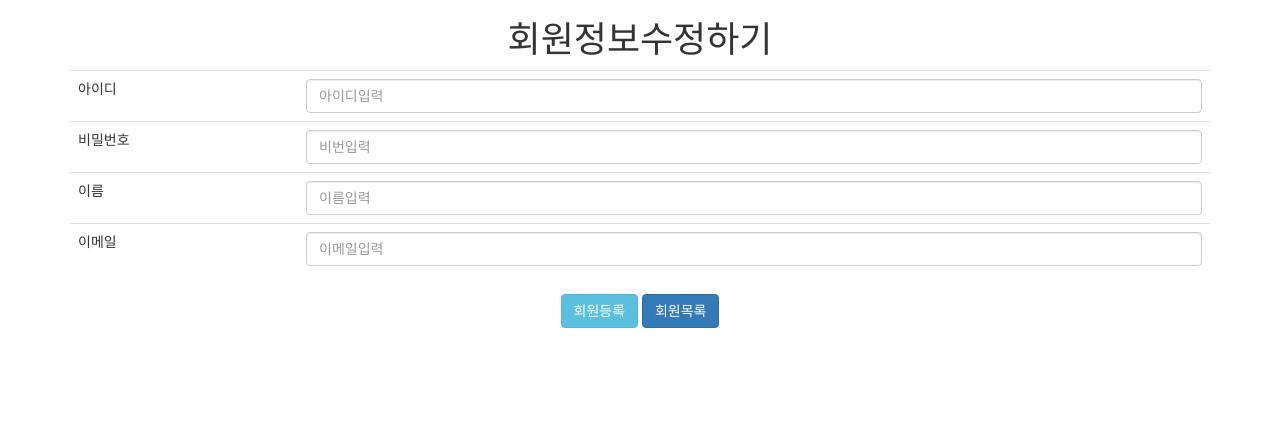
Repository: juhee1020/studying
Page: http://localhost/jsp02_database/jsp01_connect/jsp02_updateForm.jsp
An editor plug-in stored every save of this project. The page is shown before and after the next save, followed by the edit.
The browser window is 1280 px wide. The pictures show the whole page.
The page is served by Tomcat 9. Queries for data that is not in the repository find no rows.

Above is the page before, as saved 2022-12-15 05:39:32.

After the next save:
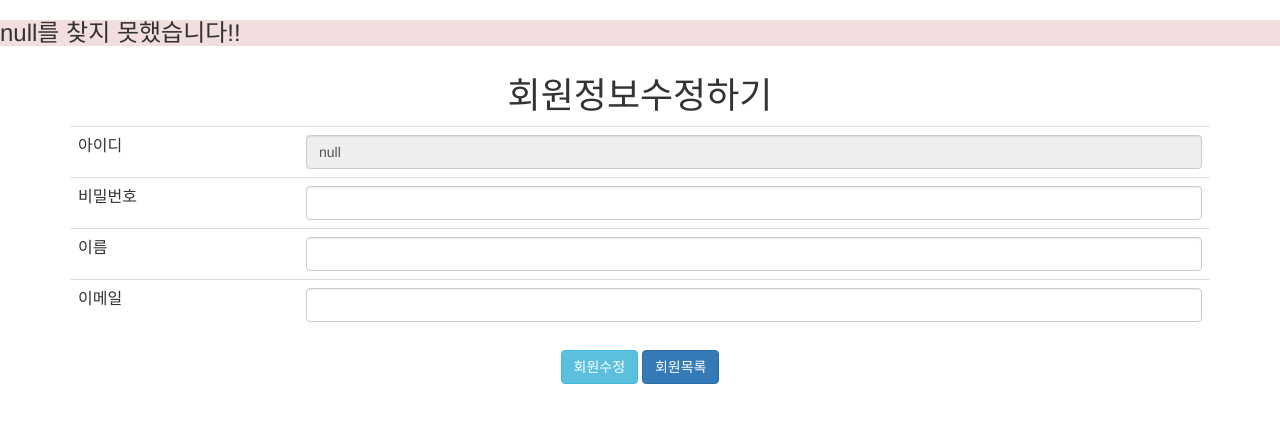
Saved 20 s later.
--- a/JSP/jsp02_database/WebContent/jsp01_connect/jsp02_updateForm.jsp
+++ b/JSP/jsp02_database/WebContent/jsp01_connect/jsp02_updateForm.jsp
@@ -1,26 +1,57 @@
-<%@page import="java.sql.*"%>
+<%@page import="java.sql.ResultSet"%>
+<%@page import="java.sql.Statement"%>
+<%@page import="java.sql.DriverManager"%>
+<%@page import="java.sql.Connection"%>
 <%@page language="java" contentType="text/html; charset=UTF-8" pageEncoding="UTF-8"%>
 <%@taglib prefix="c" uri="http://java.sun.com/jsp/jstl/core"%>
 <%
-	String id ="";
-	String pw="";
-	String name="";
-	String email="";
-
-String URL="jdbc:mariadb://localhost:3306/jspstudy";
-String USR="root";
-String PWD="12345";
-
-String sql = "select * from member where id='"+id+"'";
+	// 실습1. 회원정보를 조회하기
+	String id = request.getParameter("id");
+	String pw = "";
+	String name = "";
+	String email = "";
 
 
-// 1. 드라이버 로드
-Class.forName("org.mariadb.jdbc.Driver");
+    // 1. 드라이버 로드
+	Class.forName("org.mariadb.jdbc.Driver");
 
+	// 2. Connection DB 연결
+    Connection conn = null;
+    Statement stmt = null;
+    ResultSet rs = null;
 
-Connection conn=null;
-Statement stmt=null;
-ResultSet  rs=null;
+	String url = "jdbc:mariadb://localhost:3306/jspstudy";
+	String usr = "root";
+	String pwd = "12345";
+	String sql = "select * from member where id = '" + id + "'";
+
+	try {
+		conn = DriverManager.getConnection(url, usr, pwd);
+
+		// 3. Statement SQL 쿼리 실행
+		stmt = conn.createStatement();
+		rs = stmt.executeQuery(sql);
+
+        // 4. excute() 결괏값 처리
+		if(rs.next()) {
+			pw = rs.getString("password");
+			name = rs.getString("name");
+			email = rs.getString("email");
+		} else {
+			out.write("<h3 class='bg-danger text-white'>" + id + "를 찾지 못했습니다!!</h3>");
+		}
+	} catch(Exception e) {
+		out.write("<h3 class='bg-danger text-white'>DB접속실패!!!</h3><br>");
+	} finally {
+		// 5. close() DB 연결 해제
+		try {
+			if(rs != null) rs.close();
+			if(stmt != null) stmt.close();
+			if(conn != null) conn.close();
+		} catch(Exception e) {
+			// dummy
+		}
+	}
 %>
 <!DOCTYPE html>
 <html>
@@ -43,24 +74,25 @@ ResultSet  rs=null;
 
 				<tr>
 					<td width="20%">아이디</td>
-					<td><input type="text" name="id" class="form-control" size="30" placeholder="아이디입력"></td>
+					<td><input type="text" name="id" class="form-control" size="30" value="<%= id %>" disabled></td>
 				</tr>
 				<tr>
 					<td width="20%">비밀번호</td>
-					<td><input type="password" name="pw" class="form-control" size="30" placeholder="비번입력"></td>
+					<td><input type="password" name="pw" class="form-control" size="30" value="<%= pw %>"></td>
 				</tr>
 				<tr>
 					<td width="20%">이름</td>
-					<td><input type="text" name="name" class="form-control" size="30" placeholder="이름입력"></td>
+					<td><input type="text" name="name" class="form-control" size="30" value="<%= name %>"></td>
 				</tr>
 				<tr>
 					<td width="20%">이메일</td>
-					<td><input type="text" name="email" class="form-control" size="30" placeholder="이메일입력"></td>
+					<td><input type="text" name="email" class="form-control" size="30" value="<%= email %>"></td>
 				</tr>
+
 			</table>
 			<input type="hidden" name="id" value="<%= id %>"/>
-			<input type="submit" class="btn btn-info mt-sm-2" value="회원등록"/>
-			<a href="jsp03_insertForm.jsp" class="btn btn-primary mt-sm-2">회원목록</a>
+			<input type="submit" class="btn btn-info mt-sm-2" value="회원수정"/>
+			<a href="jsp05_listMember.jsp" class="btn btn-primary mt-sm-2">회원목록</a>
 		</form>
 
 	</div>
